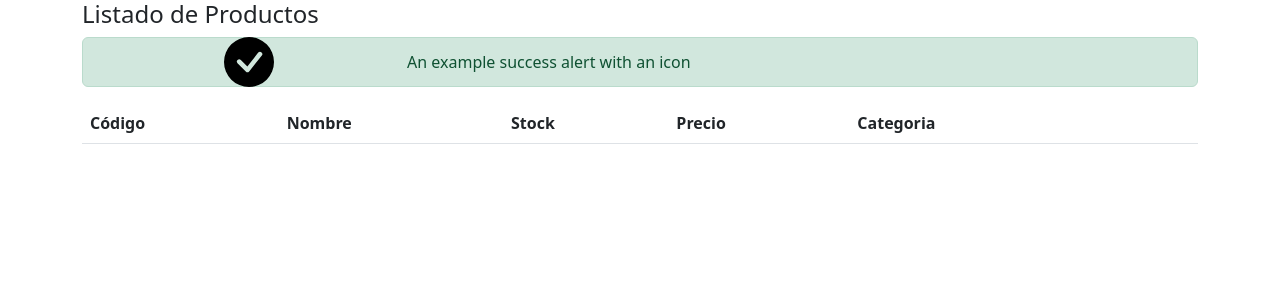
Repository: xJerson/ClaseSpring20-10-2023
Page: http://localhost/listado
The author's editor kept a copy of each file at every save. The page is drawn from the files as they stood at one save, then again after the next save.
The browser window is 1280 px wide. The pictures show the whole page.
The page is this project's Thymeleaf template; nobody is signed in. The template is opened directly, without the code that normally fills it, so the values that code supplies are empty.

Above is the page before, as saved 2023-10-21 02:43:51.

### dawi_sesion06G2/src/main/resources/templates/listado.html
<!doctype html>
<html lang="es" xmlns:th="https://www.thymeleaf.org">
  <head>
    <meta charset="utf-8">
    <meta name="viewport" content="width=device-width, initial-scale=1">
    <title>Bootstrap demo</title>
    <link href="https://cdn.jsdelivr.net/npm/bootstrap@5.2.3/dist/css/bootstrap.min.css" rel="stylesheet" integrity="sha384-rbsA2VBKQhggwzxH7pPCaAqO46MgnOM80zW1RWuH61DGLwZJEdK2Kadq2F9CUG65" crossorigin="anonymous">
  </head>
  <body>
    <div class="container">
    	<h4>Listado de Productos</h4>

 <svg xmlns="http://www.w3.org/2000/svg" class="d-none">
  <symbol id="check-circle-fill" viewBox="0 0 16 16">
    <path d="M16 8A8 8 0 1 1 0 8a8 8 0 0 1 16 0zm-3.97-3.03a.75.75 0 0 0-1.08.022L7.477 9.417 5.384 7.323a.75.75 0 0 0-1.06 1.06L6.97 11.03a.75.75 0 0 0 1.079-.02l3.992-4.99a.75.75 0 0 0-.01-1.05z"/>
  </symbol>
  <symbol id="info-fill" viewBox="0 0 16 16">
    <path d="M8 16A8 8 0 1 0 8 0a8 8 0 0 0 0 16zm.93-9.412-1 4.705c-.07.34.029.533.304.533.194 0 .487-.07.686-.246l-.088.416c-.287.346-.92.598-1.465.598-.703 0-1.002-.422-.808-1.319l.738-3.468c.064-.293.006-.399-.287-.47l-.451-.081.082-.381 2.29-.287zM8 5.5a1 1 0 1 1 0-2 1 1 0 0 1 0 2z"/>
  </symbol>
  <symbol id="exclamation-triangle-fill" viewBox="0 0 16 16">
    <path d="M8.982 1.566a1.13 1.13 0 0 0-1.96 0L.165 13.233c-.457.778.091 1.767.98 1.767h13.713c.889 0 1.438-.99.98-1.767L8.982 1.566zM8 5c.535 0 .954.462.9.995l-.35 3.507a.552.552 0 0 1-1.1 0L7.1 5.995A.905.905 0 0 1 8 5zm.002 6a1 1 0 1 1 0 2 1 1 0 0 1 0-2z"/>
  </symbol>
</svg>

 <div class="alert alert-success d-flex align-items-center" role="alert" style="height: 50px;">
  <svg class="bi flex-shrink-0 me-2" role="img" aria-label="Success:"  style="height: 50px;"><use xlink:href="#check-circle-fill"/></svg>
  <div>
    An example success alert with an icon
  </div>
</div>


    	<table class="table table-hover" id="myTable">
    		<thead>
    			<tr>
    				<th scope="col">Código</th>
    				<th scope="col">Nombre</th>
    				<th scope="col">Stock</th>
    				<th scope="col">Precio</th>
    				<th scope="col">Categoria</th>
    				<th></th>
    				<th></th>
    			</tr>
    		</thead>
    		<tbody>
    			<tr th:each="p : ${lstProductos}">
    				<td th:text="${p.codigo}"></td>
    				<td th:text="${p.descripcion}"></td>
    				<td th:text="${p.stock}"></td>
    				<td th:text="${p.precio}"></td>
    				<td th:text="${p.categoria.descripcion}"></td>
    				<td>
						<a class="btn btn-warning" th:href="@{'/editar/' + ${p.codigo}}" role="button">Editar</a>
    				</td>
    				<td>
						<button type="button" class="btn btn-danger deletebtn">Eliminar</button>
					</td>
    			</tr>
    		</tbody>
    	</table>


    </div>

    	<div class="modal fade" id="eliminarModal" tabindex="-1" aria-labelledby="eliminarModalLabel" aria-hidden="true">
	  <div class="modal-dialog">
	    <div class="modal-content">
	      <div class="modal-header">
	        <h5 class="modal-title" id="editarModalLabel">Eliminar producto</h5>
	        <button type="button" class="btn-close" data-bs-dismiss="modal" aria-label="Close"></button>
	      </div>
	      	<form th:action="@{/eliminar}" method="post">
		      <div class="modal-body">
				 <input type="hidden" name="codigo" id="codigo">
				  <span id="nombreProducto"></span>
		      </div>
		      <div class="modal-footer">
		          <button type="button" class="btn btn-secondary" data-bs-dismiss="modal"> Cancelar </button>
		          <button type="submit" name="deletedata" class="btn btn-primary">Sí, eliminar</button>
		      </div>
		     </form>
	    </div>
		</div>
	</div>

	<script src="https://cdn.jsdelivr.net/npm/bootstrap@5.2.3/dist/js/bootstrap.bundle.min.js" integrity="sha384-kenU1KFdBIe4zVF0s0G1M5b4hcpxyD9F7jL+jjXkk+Q2h455rYXK/7HAuoJl+0I4" crossorigin="anonymous"></script>
 	<script src="https://code.jquery.com/jquery-3.7.1.min.js" integrity="sha256-/JqT3SQfawRcv/BIHPThkBvs0OEvtFFmqPF/lYI/Cxo=" crossorigin="anonymous"></script>

 	<script>

		 $(document).ready(function(){
			$('.deletebtn').on('click',function(){
				$('#eliminarModal').modal('show');
				$tr=$(this).closest('tr');
				var data=$tr.children("td").map(function(){
					return $(this).text();
				}).get();
				console.log(data);
				$('#codigo').val(data[0]);
				$('#nombreProducto').text('Estas seguro de eliminar el producto : '+data[1]+"?");

			})
		 });

	 </script>
  </body>
</html>

After the next save:
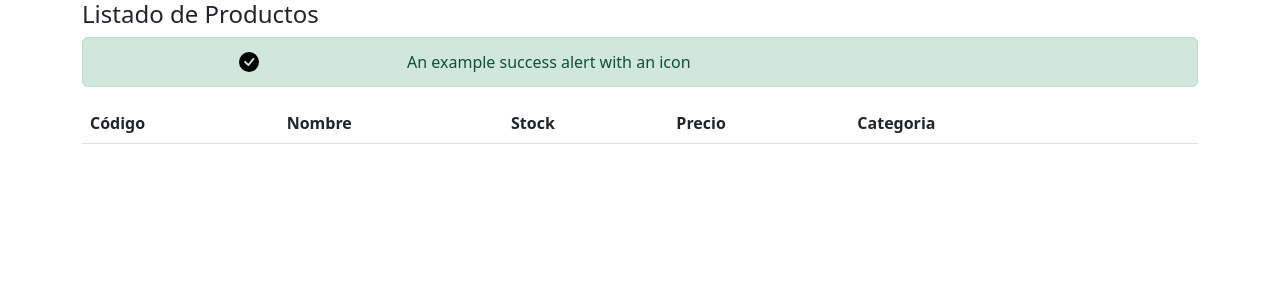
Saved 12 s later.
--- a/dawi_sesion06G2/src/main/resources/templates/listado.html
+++ b/dawi_sesion06G2/src/main/resources/templates/listado.html
@@ -23,7 +23,7 @@
 </svg>
 
  <div class="alert alert-success d-flex align-items-center" role="alert" style="height: 50px;">
-  <svg class="bi flex-shrink-0 me-2" role="img" aria-label="Success:"  style="height: 50px;"><use xlink:href="#check-circle-fill"/></svg>
+  <svg class="bi flex-shrink-0 me-2" role="img" aria-label="Success:"  style="height: 20px;"><use xlink:href="#check-circle-fill"/></svg>
   <div>
     An example success alert with an icon
   </div>
